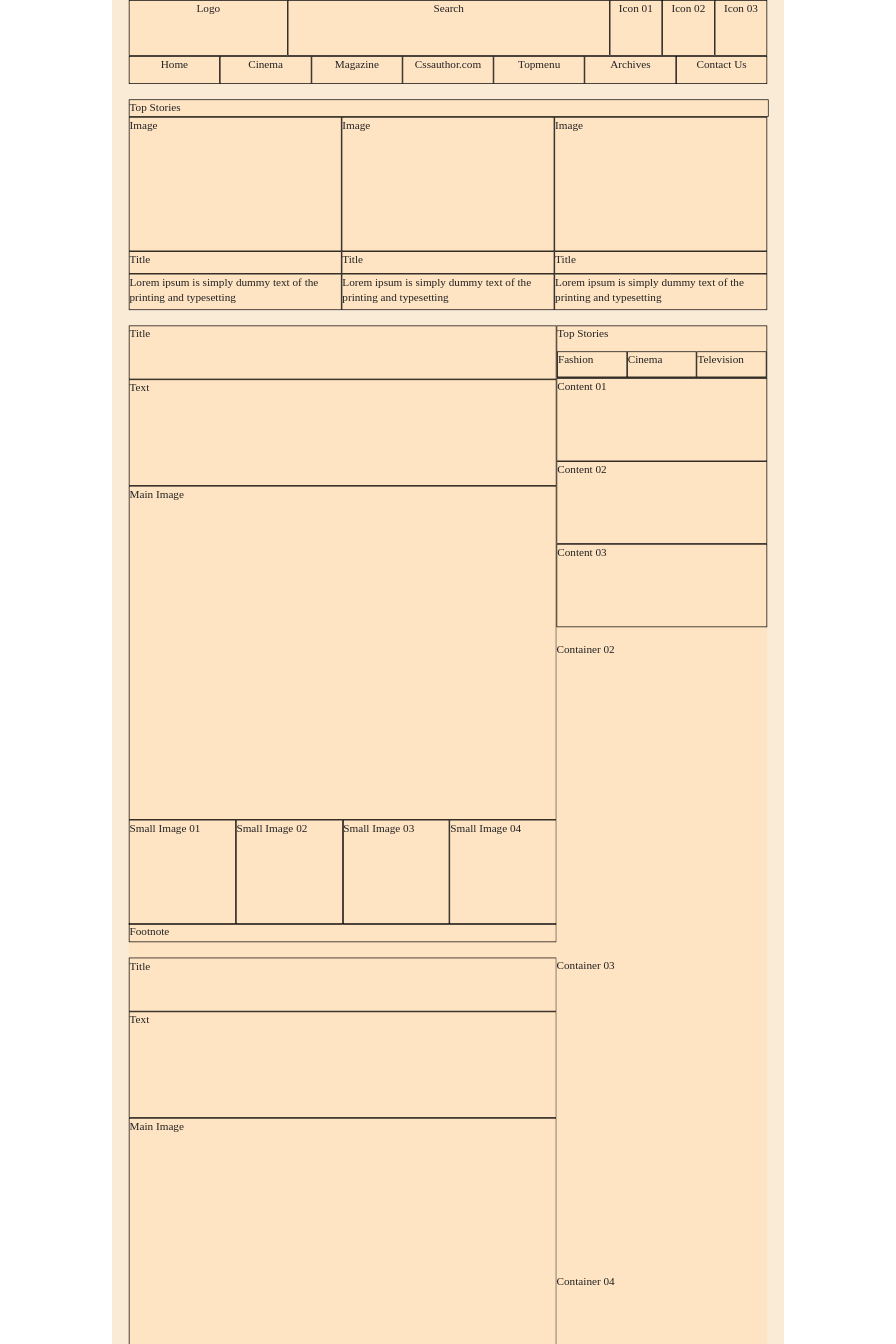
Repository: giovanabirck/cover-magazine-giovanabirck
Page: index.html
These files come from the project's save history. The page is drawn as it stood at one moment and after the next save; the edit follows.
The browser window is 1280 px wide. The pictures show the part of the page from y = 0 to 1920 px (the page is 5000 px tall), at 70% of full size.

Above is the page before, as saved 2023-01-14 12:12:17.

### index.html
<!doctype html>
<html class="no-js" lang="">

<head>
  <meta charset="utf-8">
  <title></title>
  <meta name="description" content="">
  <meta name="viewport" content="width=device-width, initial-scale=1">

  <meta property="og:title" content="">
  <meta property="og:type" content="">
  <meta property="og:url" content="">
  <meta property="og:image" content="">

  <link rel="manifest" href="site.webmanifest">
  <link rel="apple-touch-icon" href="icon.png">
  <!-- Place favicon.ico in the root directory -->

  <link rel="stylesheet" href="css/normalize.css">
  <link rel="stylesheet" href="css/main.css">

  <meta name="theme-color" content="#fafafa">
</head>

<body>

  <div class="main-container">

    <div class="header">
      <div class="header-content">
        <div class="header-content-logo">Logo</div>
        <div class="header-content-search">Search</div>
        <div class="header-content-icons">
          <div class="header-content-icons-un">Icon 01</div>
          <div class="header-content-icons-un">Icon 02</div>
          <div class="header-content-icons-un">Icon 03</div>
        </div>
      </div>
      <div class="header-menu">
        <div class="header-menu-un">Home</div>
        <div class="header-menu-un">Cinema</div>
        <div class="header-menu-un">Magazine</div>
        <div class="header-menu-un">Cssauthor.com</div>
        <div class="header-menu-un">Topmenu</div>
        <div class="header-menu-un">Archives</div>
        <div class="header-menu-un">Contact Us</div>
      </div>
    </div>

    <br>

    <div class="featured">
      <div class="featured-h1">Top Stories</div>
      <div class="featured-stories">
        <div class="featured-stories-un">
          <div class="featured-stories-un-image">Image</div>
          <div class="featured-stories-un-title">Title</div>
          <div class="featured-stories-un-text">Lorem ipsum is simply dummy text of the printing and typesetting</div>
        </div>
        <div class="featured-stories-un">
          <div class="featured-stories-un-image">Image</div>
          <div class="featured-stories-un-title">Title</div>
          <div class="featured-stories-un-text">Lorem ipsum is simply dummy text of the printing and typesetting</div>
        </div>
        <div class="featured-stories-un">
          <div class="featured-stories-un-image">Image</div>
          <div class="featured-stories-un-title">Title</div>
          <div class="featured-stories-un-text">Lorem ipsum is simply dummy text of the printing and typesetting</div>
        </div>
      </div>
    </div>

    <br>

    <div class="main">
      <div class="main-content">
        <div class="main-content-un">
          <div class="main-content-un-title">Title</div>
          <div class="main-content-un-text">Text</div>
          <div class="main-content-un-images">
            <div class="main-content-un-images-large">Main Image</div>
            <div class="main-content-un-images-small">
              <div class="main-content-un-images-small-un">Small Image 01</div>
              <div class="main-content-un-images-small-un">Small Image 02</div>
              <div class="main-content-un-images-small-un">Small Image 03</div>
              <div class="main-content-un-images-small-un">Small Image 04</div>
            </div>
          </div>
          <div class="main-content-un-footnote">Footnote</div>
        </div>

        <br>

        <div class="main-content-un">
          <div class="main-content-un-title">Title</div>
          <div class="main-content-un-text">Text</div>
          <div class="main-content-un-images">
            <div class="main-content-un-images-large">Main Image</div>
            <div class="main-content-un-images-small">
              <div class="main-content-un-images-small-un">Small Image 01</div>
              <div class="main-content-un-images-small-un">Small Image 02</div>
              <div class="main-content-un-images-small-un">Small Image 03</div>
              <div class="main-content-un-images-small-un">Small Image 04</div>
            </div>
          </div>
          <div class="main-content-un-footnote">Footnote</div>
        </div>
      </div>
      <div class="main-side">
        <div class="main-side-container">
          <div class="main-side-container01-title">
            <div class="main-side-container01-title-un">Top Stories</div>
            <div class="main-side-container01-title-un">
              <div class="main-side-container01-title-un-fashion">Fashion</div>
              <div class="main-side-container01-title-un-cinema">Cinema</div>
              <div class="main-side-container01-title-un-television">Television</div>
            </div>
          </div>
          <div class="main-side-container01-content">
            <div class="main-side-container01-content-un">Content 01</div>
            <div class="main-side-container01-content-un">Content 02</div>
            <div class="main-side-container01-content-un">Content 03</div>
          </div>
        </div>

        <br>

        <div class="main-side-container">Container 02</div>

        <br>

        <div class="main-side-container">Container 03</div>

        <br>

        <div class="main-side-container">Container 04</div>
      </div>
    </div>



  </div>

  <script src="js/vendor/modernizr-3.11.2.min.js"></script>
  <script src="js/plugins.js"></script>
  <script src="js/main.js"></script>

  <!-- Google Analytics: change UA-XXXXX-Y to be your site's ID. -->
  <script>
    window.ga = function () { ga.q.push(arguments) }; ga.q = []; ga.l = +new Date;
    ga('create', 'UA-XXXXX-Y', 'auto'); ga('set', 'anonymizeIp', true); ga('set', 'transport', 'beacon'); ga('send', 'pageview')
  </script>
  <script src="https://www.google-analytics.com/analytics.js" async></script>
</body>

</html>

### css/main.css
/*! HTML5 Boilerplate v8.0.0 | MIT License | https://html5boilerplate.com/ */

/* main.css 2.1.0 | MIT License | https://github.com/h5bp/main.css#readme */
/*
 * What follows is the result of much research on cross-browser styling.
 * Credit left inline and big thanks to Nicolas Gallagher, Jonathan Neal,
 * Kroc Camen, and the H5BP dev community and team.
 */

/* ==========================================================================
   Base styles: opinionated defaults
   ========================================================================== */

html {
  color: #222;
  font-size: 1em;
  line-height: 1.4;
  margin: 0px 160px 0px 160px;
}

/*
 * Remove text-shadow in selection highlight:
 * https://twitter.com/miketaylr/status/12228805301
 *
 * Vendor-prefixed and regular ::selection selectors cannot be combined:
 * https://stackoverflow.com/a/16982510/7133471
 *
 * Customize the background color to match your design.
 */

::-moz-selection {
  background: #b3d4fc;
  text-shadow: none;
}

::selection {
  background: #b3d4fc;
  text-shadow: none;
}

/*
 * A better looking default horizontal rule
 */

hr {
  display: block;
  height: 1px;
  border: 0;
  border-top: 1px solid #ccc;
  margin: 1em 0;
  padding: 0;
}

/*
 * Remove the gap between audio, canvas, iframes,
 * images, videos and the bottom of their containers:
 * https://github.com/h5bp/html5-boilerplate/issues/440
 */

audio,
canvas,
iframe,
img,
svg,
video {
  vertical-align: middle;
}

/*
 * Remove default fieldset styles.
 */

fieldset {
  border: 0;
  margin: 0;
  padding: 0;
}

/*
 * Allow only vertical resizing of textareas.
 */

textarea {
  resize: vertical;
}

/* ==========================================================================
   Author's custom styles
   ========================================================================== */

/* ==========================================================================
   Helper classes
   ========================================================================== */

/*
 * Hide visually and from screen readers
 */

.hidden,
[hidden] {
  display: none !important;
}

/*
 * Hide only visually, but have it available for screen readers:
 * https://snook.ca/archives/html_and_css/hiding-content-for-accessibility
 *
 * 1. For long content, line feeds are not interpreted as spaces and small width
 *    causes content to wrap 1 word per line:
 *    https://medium.com/@jessebeach/beware-smushed-off-screen-accessible-text-5952a4c2cbfe
 */

.sr-only {
  border: 0;
  clip: rect(0, 0, 0, 0);
  height: 1px;
  margin: -1px;
  overflow: hidden;
  padding: 0;
  position: absolute;
  white-space: nowrap;
  width: 1px;
  /* 1 */
}

/*
 * Extends the .sr-only class to allow the element
 * to be focusable when navigated to via the keyboard:
 * https://www.drupal.org/node/897638
 */

.sr-only.focusable:active,
.sr-only.focusable:focus {
  clip: auto;
  height: auto;
  margin: 0;
  overflow: visible;
  position: static;
  white-space: inherit;
  width: auto;
}

/*
 * Hide visually and from screen readers, but maintain layout
 */

.invisible {
  visibility: hidden;
}

/*
 * Clearfix: contain floats
 *
 * For modern browsers
 * 1. The space content is one way to avoid an Opera bug when the
 *    `contenteditable` attribute is included anywhere else in the document.
 *    Otherwise it causes space to appear at the top and bottom of elements
 *    that receive the `clearfix` class.
 * 2. The use of `table` rather than `block` is only necessary if using
 *    `:before` to contain the top-margins of child elements.
 */

.clearfix::before,
.clearfix::after {
  content: " ";
  display: table;
}

.clearfix::after {
  clear: both;
}

/* ==========================================================================
   EXAMPLE Media Queries for Responsive Design.
   These examples override the primary ('mobile first') styles.
   Modify as content requires.
   ========================================================================== */

@media only screen and (min-width: 35em) {
  /* Style adjustments for viewports that meet the condition */
}

@media print,
  (-webkit-min-device-pixel-ratio: 1.25),
  (min-resolution: 1.25dppx),
  (min-resolution: 120dpi) {
  /* Style adjustments for high resolution devices */
}

/* ==========================================================================
   Print styles.
   Inlined to avoid the additional HTTP request:
   https://www.phpied.com/delay-loading-your-print-css/
   ========================================================================== */

@media print {
  *,
  *::before,
  *::after {
    background: #fff !important;
    color: #000 !important;
    /* Black prints faster */
    box-shadow: none !important;
    text-shadow: none !important;
  }

  a,
  a:visited {
    text-decoration: underline;
  }

  a[href]::after {
    content: " (" attr(href) ")";
  }

  abbr[title]::after {
    content: " (" attr(title) ")";
  }

  /*
   * Don't show links that are fragment identifiers,
   * or use the `javascript:` pseudo protocol
   */
  a[href^="#"]::after,
  a[href^="javascript:"]::after {
    content: "";
  }

  pre {
    white-space: pre-wrap !important;
  }

  pre,
  blockquote {
    border: 1px solid #999;
    page-break-inside: avoid;
  }

  /*
   * Printing Tables:
   * https://web.archive.org/web/20180815150934/http://css-discuss.incutio.com/wiki/Printing_Tables
   */
  thead {
    display: table-header-group;
  }

  tr,
  img {
    page-break-inside: avoid;
  }

  p,
  h2,
  h3 {
    orphans: 3;
    widows: 3;
  }

  h2,
  h3 {
    page-break-after: avoid;
  }
}

.main-container{
  background-color: antiquewhite;
  width: 100%;
  height: 5000px;
  display: flex;
  flex-direction: column;
  align-items: center;
}

.header {
  background-color: bisque;
  width: 95%;
  height: 120px;
  display: flex;
  flex-direction: column;
  justify-content: center;
}

.header-content{
  width: 100%;
  height: 80px;
  display: flex;
}

.header-content-logo{
  border: solid 1px black;
  width: 33%;
  text-align: center;
}

.header-content-search{
  border: solid 1px black;
  width: 67%;
  text-align: center;
}

.header-content-icons{
  width: 33%;
  text-align: center;
  display: flex;
}

.header-content-icons-un{
  border: solid 1px black;
  width: 100%;
  text-align: center;
}

.header-menu{
  background-color: bisque;
  width: 100%;
  height: 40px;
  text-align: center;
  display: flex;
}

.header-menu-un{
  border: solid 1px black;
  width: 100%;
  text-align: center;
}

.featured{
  background-color: bisque;
  width: 95%;
  height: 300px;
  display: flex;
  flex-direction: column;
}

.featured-h1{
  border: solid 1px black;
  width: 100%;
  height: 40px;
}

.featured-stories{
  width: 100%;
  height: 300px;
  display: flex;
}

.featured-stories-un-image{
  border: solid 1px black;
  height: 190px;
}

.featured-stories-un-title{
  border: solid 1px black;
  height: 30px;
}

.featured-stories-un-text{
  border: solid 1px black;
  height: 50px;
}

.main{
  width: 95%;
  height: 1785px;
  display: flex;
}

.main-content{
  background-color: bisque;
  width: 67%;
  height: 1785px;
  display: flex;
  flex-direction: column;
}

.main-content-un{
  width: 100%;
  height: 900px;
}

.main-content-un-title{
  border: solid 1px black;
  height: 75px;
}

.main-content-un-text{
  border: solid 1px black;
  height: 150px;
}

.main-content-un-images{
  height: 625px;
}

.main-content-un-images-large{
  border: solid 1px black;
  height: 475px;
}

.main-content-un-images-small{
  width: 100%;
  height: 150px;
  display: flex;
}

.main-content-un-images-small-un{
  border: solid 1px black;
  width: 100%;
}

.main-content-un-footnote{
  border: solid 1px black;
  height: 25px;
}

.main-side{
  background-color: bisque;
  width: 33%;
  height: 1785px;
  display: flex;
  flex-direction: column;
}

.main-side-container{
  height: 100%;
}

.main-side-container01-title{
  border: solid 1px black;
  height: 17%;
  display: flex;
  flex-direction: column;
}

.main-side-container01-title-un{
  height: 100%;
  display: flex;
}

.main-side-container01-title-un-fashion{
  border: solid 1px black;
  width: 100%;
}

.main-side-container01-title-un-cinema{
  border: solid 1px black;
  width: 100%;
}

.main-side-container01-title-un-television{
  border: solid 1px black;
  width: 100%;
}

.main-side-container01-content{
  height: 83%;
  display: flex;
  flex-direction: column;
}

.main-side-container01-content-un{
  border: solid 1px black;
  height: 100%;
}

### js/plugins.js
// Avoid `console` errors in browsers that lack a console.
(function() {
  var method;
  var noop = function () {};
  var methods = [
    'assert', 'clear', 'count', 'debug', 'dir', 'dirxml', 'error',
    'exception', 'group', 'groupCollapsed', 'groupEnd', 'info', 'log',
    'markTimeline', 'profile', 'profileEnd', 'table', 'time', 'timeEnd',
    'timeline', 'timelineEnd', 'timeStamp', 'trace', 'warn'
  ];
  var length = methods.length;
  var console = (window.console = window.console || {});

  while (length--) {
    method = methods[length];

    // Only stub undefined methods.
    if (!console[method]) {
      console[method] = noop;
    }
  }
}());

// Place any jQuery/helper plugins in here.

Loaded but not shown: css/normalize.css (library); js/vendor/modernizr-3.11.2.min.js (library); js/main.js (no stored copy; drawn as an empty file)

After the next save:
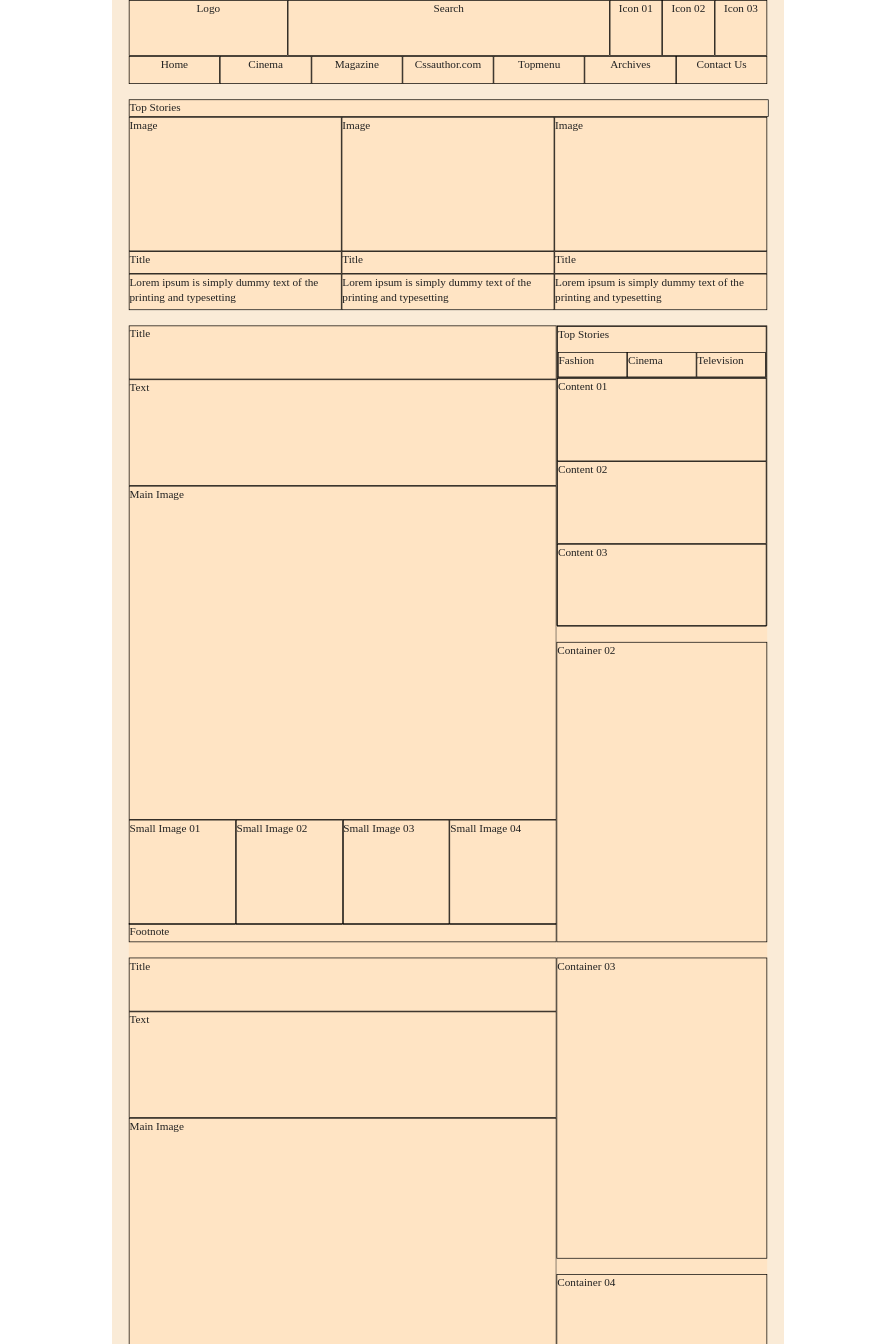
Saved 23 s later.
--- a/css/main.css
+++ b/css/main.css
@@ -422,6 +422,7 @@ textarea {
 }
 
 .main-side-container{
+  border: solid 1px black;
   height: 100%;
 }
 
